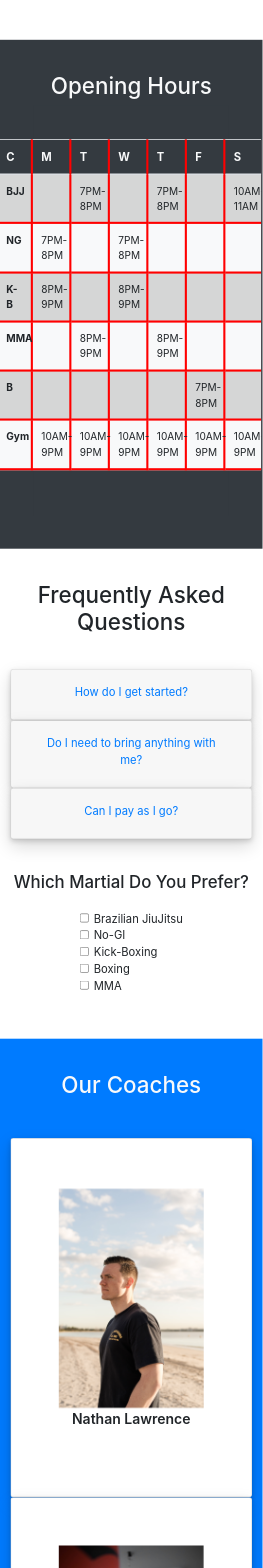
Repository: IonPara/Just-Fight
Page: index.html
These files come from the project's save history. The page is drawn as it stood at one moment and after the next save; the edit follows.
The browser window is 375 px wide. The pictures show the part of the page from y = 2197 to 4437 px (the page is 6085 px tall before and 6076 px after), at 70% of full size.
Some web libraries are served in a nearby version.

Above is the page before, as saved 2023-03-13 16:04:42.

After the next save:
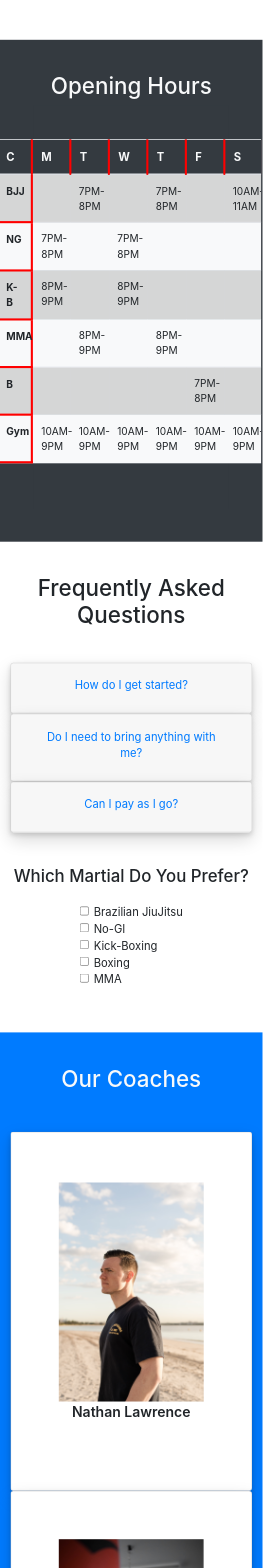
Saved 10 s later.
--- a/Styles/styles.css
+++ b/Styles/styles.css
@@ -159,7 +159,7 @@ footer p{
         margin-left: -50px;
     }
 
-    td, th {
+    th {
         border: solid red;
         max-width: 50px;
         padding-right: 2px;;
